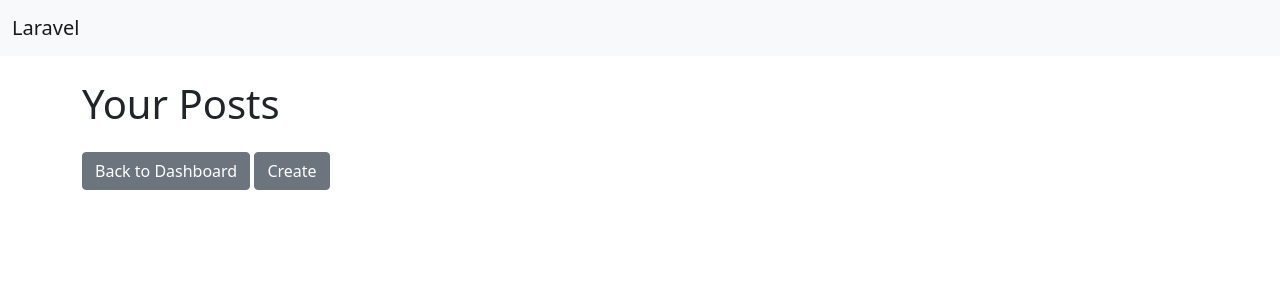
Repository: Abdulahi338/Authentication-using-laravel-11
Page: http://localhost/posts
These files come from the project's save history. The page is drawn as it stood at one moment and after the next save; the edit follows.
The browser window is 1280 px wide. The pictures show the whole page.
The page is served by the project's Laravel application, run on PHP 8.4 with Laravel 12. A made-up administrator, Test User (test@example.com), is signed in. Other server files are loaded and not shown. Queries for data that is not in the repository find no rows.

Above is the page before, as saved 2024-10-16 13:54:53.

### routes/web.php
<?php


use Illuminate\Support\Facades\Route;
use App\Http\Controllers\AuthController;
use Illuminate\Support\Facades\Auth;

// Guest routes (not logged in)
Route::middleware('guest')->group(function () {
    // Home route
    Route::get('/', function () {
        return view('layouts.app');
    })->name('home');

    // Registration routes
    Route::get('/register', function () {
        return view('auth.register');
    })->name('register.form');

    Route::post('/register', [AuthController::class, 'register'])->name('register');

    // Login routes
    Route::get('/login', function () {
        return view('auth.login');
    })->name('login.form');

    Route::post('/login', [AuthController::class, 'login'])->name('login');

    // Password reset request routes
    Route::get('/password/reset', [AuthController::class, 'showResetRequestForm'])->name('password.request');
    Route::post('/password/email', [AuthController::class, 'sendResetLinkEmail'])->name('password.email');

    // Password reset routes
    Route::get('/password/reset/{token}/{email}', [AuthController::class, 'showResetForm'])->name('password.reset');
    Route::post('/password/reset', [AuthController::class, 'reset'])->name('password.update');
    Route::get('/verify-email/{token}', [AuthController::class, 'verifyEmail'])->name('verification.verify');



});

// Authenticated routes (users who are logged in)
Route::middleware('auth')->group(function () {
     // Email verification route

    // Verification notice route
    Route::get('/verification-notice', function () {
        return view('auth.verification-notice');
    })->name('verification.notice');
        // Resend verification route
        Route::post('/resend-verification', [AuthController::class, 'resendVerification'])->name('verification.resend');
    // Dashboard route
    Route::get('/dashboard', [AuthController::class, 'dashboard'])->name('dashboard');

    // Logout route
    Route::post('/logout', [AuthController::class, 'logout'])->name('logout');

});


use App\Http\Controllers\PostController;

Route::middleware(['auth', 'verified'])->group(function () {
    Route::get('/posts', [PostController::class, 'index'])->name('posts.index');
    Route::get('/posts/create', [PostController::class, 'create'])->name('posts.create');
    Route::post('/posts', [PostController::class, 'store'])->name('posts.store');
    Route::get('/posts/{post}/edit', [PostController::class, 'edit'])->name('posts.edit');
    Route::put('/posts/{post}', [PostController::class, 'update'])->name('posts.update');
    Route::delete('/posts/{post}', [PostController::class, 'destroy'])->name('posts.destroy');
});

### app/Models/User.php
<?php

namespace App\Models;

// use Illuminate\Contracts\Auth\MustVerifyEmail;
use Illuminate\Database\Eloquent\Factories\HasFactory;
use Illuminate\Foundation\Auth\User as Authenticatable;
use Illuminate\Notifications\Notifiable;

class User extends Authenticatable
{
    use HasFactory, Notifiable;

    /**
     * The attributes that are mass assignable.
     *
     * @var array<int, string>
     */
    // User.php
public function posts()
{
    return $this->hasMany(Post::class);
}


    protected $fillable = [
        'name',
        'email',
        'password',
    ];

    /**
     * The attributes that should be hidden for serialization.
     *
     * @var array<int, string>
     */
    protected $hidden = [
        'password',
        'remember_token',
    ];

    /**
     * Get the attributes that should be cast.
     *
     * @return array<string, string>
     */
    protected function casts(): array
    {
        return [
            'email_verified_at' => 'datetime',
            'password' => 'hashed',
        ];
    }
}

### app/Http/Controllers/PostController.php
<?php

namespace App\Http\Controllers;

use App\Models\Post;
use Illuminate\Http\Request;
use Illuminate\Support\Facades\Auth;
use Illuminate\Foundation\Auth\Access\AuthorizesRequests;

class PostController extends Controller
{
    // Use the AuthorizesRequests trait
    use AuthorizesRequests;

    // Display the user's posts
    public function index()
    {
        $posts = Auth::user()->posts;
        return view('posts.index', compact('posts'));
    }

    // Show the form to create a new post
    public function create()
    {
        return view('posts.create');
    }

    // Store a new post
    public function store(Request $request)
    {
        $request->validate([
            'title' => 'required|string|max:255',
            'content' => 'required',
        ]);

        Auth::user()->posts()->create([
            'title' => $request->title,
            'content' => $request->content,
        ]);

        return redirect()->route('posts.index')->with('success', 'Post created successfully.');
    }

    // Show the form to edit a post
    public function edit(Post $post)
    {
        // Authorization check
        $this->authorize('update', $post);
        return view('posts.edit', compact('post'));
    }

    // Update a post
    public function update(Request $request, Post $post)
    {
        // Authorization check
        $this->authorize('update', $post);

        $request->validate([
            'title' => 'required|string|max:255',
            'content' => 'required',
        ]);

        $post->update([
            'title' => $request->title,
            'content' => $request->content,
        ]);

        return redirect()->route('posts.index')->with('success', 'Post updated successfully.');
    }

    // Delete a post
    public function destroy(Post $post)
    {
        // Authorization check
        $this->authorize('delete', $post);
        $post->delete();

        return redirect()->route('posts.index')->with('success', 'Post deleted successfully.');
    }
}

### app/Models/Post.php
<?php
namespace App\Models;

use Illuminate\Database\Eloquent\Factories\HasFactory;
use Illuminate\Database\Eloquent\Model;

class Post extends Model
{
    use HasFactory;

    // Add the fields that can be mass-assigned
    protected $fillable = [
        'title',
        'content',
        'user_id',
    ];

    // Relationship with User
    public function user()
    {
        return $this->belongsTo(User::class);
    }
}

### resources/views/posts/index.blade.php
@extends('layouts.app')

@section('content')
    <div class="container">
        <h1 class="mb-4">Your Posts</h1>
        @foreach ($posts as $post)
            <div class="card mb-3">
                <div class="card-body">
                    <h2 class="card-title">{{ $post->title }}</h2>
                    <p class="card-text">{{ $post->content }}</p>
                    <div class="d-flex justify-content-between">
                        <a href="{{ route('posts.edit', $post) }}" class="btn btn-warning">Edit</a>

                        <form action="{{ route('posts.destroy', $post) }}" method="POST" style="display:inline;">
                            @csrf
                            @method('DELETE')
                            <button type="submit" class="btn btn-danger">Delete</button>
                        </form>
                    </div>
                </div>
            </div>
        @endforeach

        <div class="mt-4">
            <a class="btn btn-secondary" href="{{ route('dashboard') }}">Back to Dashboard</a>
            <a class="btn btn-secondary" href="{{ route('dashboard') }}">Create </a>
        </div>
    </div>
@endsection

### resources/views/layouts/app.blade.php
<!DOCTYPE html>
<html lang="en">
<head>
    <meta charset="UTF-8">
    <meta name="viewport" content="width=device-width, initial-scale=1.0">
    <title>{{ config('app.name', 'Laravel App') }}</title>
    <link href="https://cdn.jsdelivr.net/npm/bootstrap@5.1.3/dist/css/bootstrap.min.css" rel="stylesheet">
</head>
<body>
    <nav class="navbar navbar-expand-lg navbar-light bg-light">
        <div class="container-fluid">
            <a class="navbar-brand" href="{{ url('/') }}">{{ config('app.name', 'Laravel App') }}</a>
            <button class="navbar-toggler" type="button" data-bs-toggle="collapse" data-bs-target="#navbarNav" aria-controls="navbarNav" aria-expanded="false" aria-label="Toggle navigation">
                <span class="navbar-toggler-icon"></span>
            </button>
            <div class="collapse navbar-collapse" id="navbarNav">
                <ul class="navbar-nav ms-auto">
                    @guest
                        <li class="nav-item">
                            <a class="nav-link" href="{{ url('/login') }}">Login</a>
                        </li>
                        <li class="nav-item">
                            <a class="nav-link" href="{{ url('/register') }}">Register</a>
                        </li>
                    @endguest
                </ul>
            </div>
        </div>
    </nav>

    <div class="py-4">

        @yield('content')
    </div>

    <script src="https://cdn.jsdelivr.net/npm/bootstrap@5.1.3/dist/js/bootstrap.bundle.min.js"></script>
</body>
</html>

Loaded but not shown: app/Http/Controllers/Controller.php (common file)

After the next save:
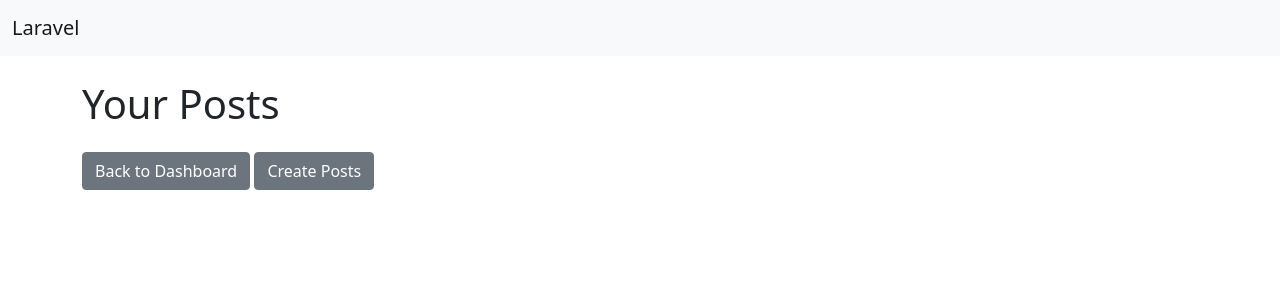
Saved 4 s later.
--- a/resources/views/posts/index.blade.php
+++ b/resources/views/posts/index.blade.php
@@ -23,7 +23,7 @@
 
         <div class="mt-4">
             <a class="btn btn-secondary" href="{{ route('dashboard') }}">Back to Dashboard</a>
-            <a class="btn btn-secondary" href="{{ route('dashboard') }}">Create </a>
+            <a class="btn btn-secondary" href="{{ route('dashboard') }}">Create Posts</a>
         </div>
     </div>
 @endsection
